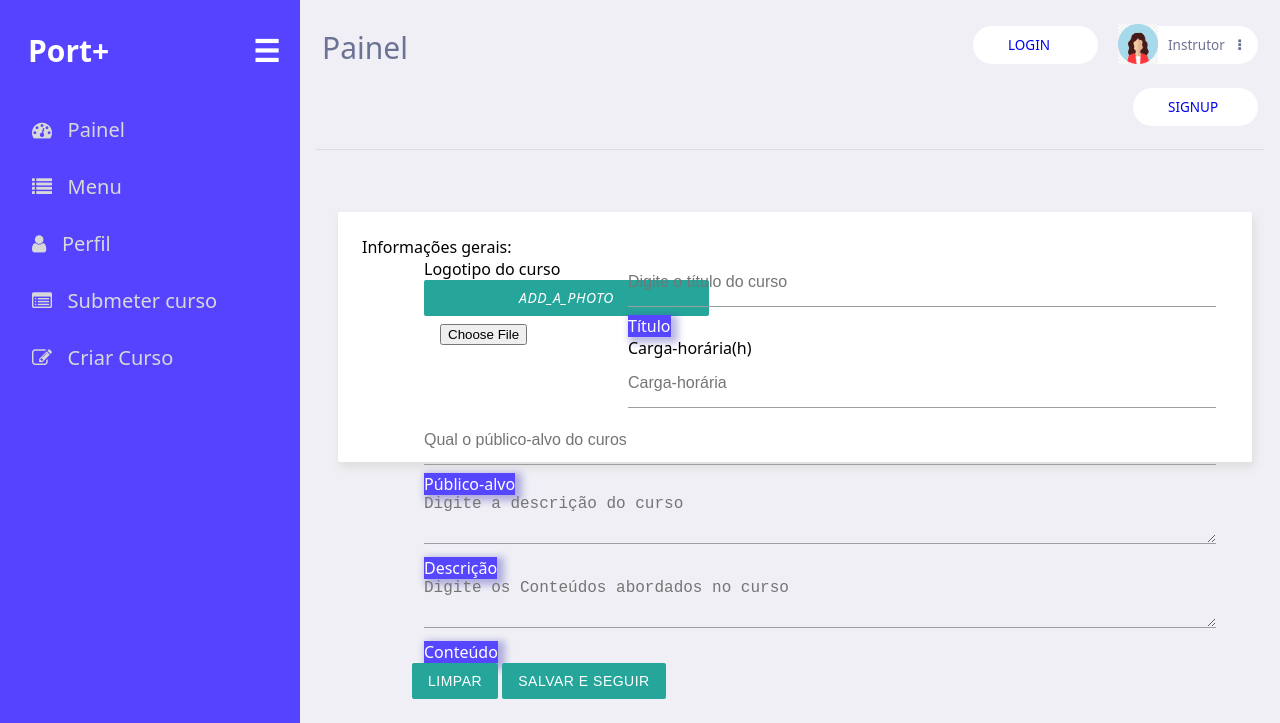
Repository: LauraMViana/Port-plus
Page: http://localhost/portPlus/criarCurso/criarCurso
These files come from the project's save history. The page is drawn as it stood at one moment and after the next save; the edit follows.
The browser window is 1280 px wide. The pictures show the whole page.
The page is this project's Thymeleaf template; nobody is signed in. The template is opened directly, without the code that normally fills it, so the values that code supplies are empty.

Above is the page before, as saved 2021-12-25 15:14:50.

### port/src/main/resources/templates/portPlus/criarCurso/criarCurso.html
<!DOCTYPE html >
<html xmlns:th="http://www.thymeleaf.org">
<head>
<meta charset="UTF-8">
<link rel="stylesheet"
	href="https://cdnjs.cloudflare.com/ajax/libs/font-awesome/4.7.0/css/font-awesome.min.css">
<!-- Compiled and minified CSS -->

<!-- <link rel="stylesheet"
	href="https://cdnjs.cloudflare.com/ajax/libs/materialize/1.0.0/css/materialize.min.css">  -->
<link href="https://fonts.googleapis.com/icon?family=Material+Icons"
	rel="stylesheet">
<link rel="stylesheet" href="/Style.css">

<title>PortPlus</title>
</head>
<body>
	<div th:insert="~{menu :: menu}"></div>
	<div id="main">
		<div class="row">
			<div class="col s12 m13">
				<div class="card">
					<div class="card-content ">
						<span class="card-title">Informações gerais:</span>
						<div class="row">
							<form action="/portPlus/criarCurso" method="post"
								enctype="multipart/form-data" th:object="${curso}">
								<div class="col s3">
									<label>Logotipo do curso</label>
									<div class="file input-field">
										<div class="btn">
											<i class="large material-icons">add_a_photo</i> <input
												type="file" name="file">
											<p th:errors="*{nomeLogo}"></p>
										</div>
									</div>
								</div>
								<div class="input-field col s9">
									<input placeholder="Digite o título do curso" id="titulo"
										type="text" class="validate" th:field="*{titulo}"> <label
										for="titulo" class="active">Título</label>
									<p th:errors="*{titulo}"></p>
									<div>
										<label for="cg">Carga-horária(h)</label> <input
											placeholder="Carga-horária" id="cg" type="number"
											class="validate" th:field="*{cargahoraria}">
									</div>
									<p th:errors="*{cargahoraria}"></p>
								</div>
								<div class="input-field col s12">
									<input placeholder="Qual o público-alvo do curos" id="nome"
										type="text" class="validate" th:field="*{publicalvo}">
									<label for="nome" class="active">Público-alvo</label>
									<p th:errors="*{publicalvo}"></p>
								</div>

								<div class="input-field col s12">
									<textarea placeholder="Digite a descrição do curso"
										id="textarea1" class="materialize-textarea"
										th:field="*{descricao}"></textarea>
									<label for="textarea1" class="active">Descrição</label>
									<p th:errors="*{descricao}"></p>
								</div>

								<div class="input-field col s12">
									<textarea placeholder="Digite os Conteúdos abordados no curso"
										id="textarea1" class="materialize-textarea"
										th:field="*{conteudo}"></textarea>
									<label for="textarea1" class="active">Conteúdo</label>
									<p th:errors="*{conteudo}"></p>
								</div>

								<div class="right-align">
									<button class="btn waves-effect waves-light align-center"
										type="reset" name="action">Limpar</button>
									<button class="btn waves-effect waves-light align-center"
										type="submit" name="action">Salvar e seguir</button>
								</div>
							</form>
						</div>
					</div>
				</div>
			</div>
		</div>
	</div>
	<script
		src="https://ajax.googleapis.com/ajax/libs/jquery/3.5.1/jquery.min.js"></script>
	<script>
		$(".menu").click(function() {
			$("#mySidenav").css('width', '70px');
			$("#main").css('margin-left', '70px');
			$(".logo").css('display', 'none');
			$(".logo1").css('display', 'block');
			$(".logo span").css('visibility', 'visible');
			$(".logo span").css('margin-left', '-10px');
			$(".icon-a").css('visibility', 'hidden');
			$(".icon-a").css('height', '25px');
			$(".icons").css('visibility', 'visible');
			$(".icons").css('margin-left', '-8px');
			$(".menu1").css('display', 'block');
			$(".menu").css('display', 'none');
		});

		$(".menu1").click(function() {
			$("#mySidenav").css('width', '300px');
			$("#main").css('margin-left', '300px');
			$(".logo").css('visibility', 'visible');
			$(".logo").css('display', 'block');
			$(".icon-a").css('visibility', 'visible');
			$(".icons").css('visibility', 'visible');
			$(".menu").css('display', 'block');
			$(".menu1").css('display', 'none');
		});
	</script>
	<script>
		$(document).ready(function() {
			$(".profile p").click(function() {
				$(".profile-div").toggle();
			});
		});
	</script>
</body>
</html>

### port/src/main/resources/templates/menu.html
<!DOCTYPE html >
<html xmlns:th="http://www.thymeleaf.org">
<head>
<meta charset="UTF-8">
<link rel="stylesheet" href="/Style.css" type="text/css" />
<link rel="stylesheet"
	href="https://cdnjs.cloudflare.com/ajax/libs/font-awesome/4.7.0/css/font-awesome.min.css">
<title>Port+</title>
</head>
<body>
	<div th:fragment="menu">
		<div id="mySidenav" class="sidenav">
			<p class="logo">
				Port+ <span class="menu">&#9776;</span>
			</p>
			<p class="logo1">
				<span class="menu1">&#9776;</span>
			</p>
			<a href="/" class="icon-a"> <i class="fa fa-dashboard icons"></i>
				&nbsp;&nbsp;Painel
			</a> <a href="/" class="icon-a"><i class="fa fa-list icons"></i>
				&nbsp;&nbsp;Menu</a> <a href="#" class="icon-a"><i
				class="fa fa-user icons"></i> &nbsp;&nbsp;Perfil</a> <a
				href="/portPlus/meusCursos" class="icon-a"><i
				class="fa fa-list-alt icons"></i> &nbsp;&nbsp;Submeter curso</a> <a
				href="/portPlus/criarCurso" class="icon-a"><i
				class="fa fa-edit icons"></i> &nbsp;&nbsp;Criar Curso</a>
		</div>

		<div id="main">
			<div class="head">
				<div class="col-div-6">
					<p class="nav">Painel</p>
				</div>
				<div class="col-div-6">
					<div class="profile">
						<img src="/Imagens/usuario.png" class="pro-img" />
						<p>
							Instrutor <i class="fa fa-ellipsis-v dots" aria-hidden="true"></i>
						</p>
						<div class="profile-div">
							<p>
								<a href="#" class="icon-a"><i class="fa fa-user"></i>
									&nbsp;&nbsp;Perfil
							</p>
							</a>
							<!-- <p>
								<i class="fa fa-cogs"></i> &nbsp;&nbsp;Configurações
							</p> -->
							<p>
								<i class="fa fa-power-off"></i> &nbsp;&nbsp;Sair
							</p>
						</div>
					</div>
					<div class="login">
						<p>
							<a href="/portPlus/login">LOGIN</a>
						</p>
						<p>
							<a href="/portPlus/signup">SIGNUP</a>
						</p>
					</div>
				</div>
				<div class="clearfix"></div>
			</div>
			<div class="clearfix"></div>
			<br />
		</div>
	</div>
	<script
		src="https://ajax.googleapis.com/ajax/libs/jquery/3.5.1/jquery.min.js"></script>
	<script>
		$(".menu").click(function() {
			$("#mySidenav").css('width', '70px');
			$("#main").css('margin-left', '70px');
			$(".logo").css('display', 'none');
			$(".logo1").css('display', 'block');
			$(".logo span").css('visibility', 'visible');
			$(".logo span").css('margin-left', '-10px');
			$(".icon-a").css('visibility', 'hidden');
			$(".icon-a").css('height', '25px');
			$(".icons").css('visibility', 'visible');
			$(".icons").css('margin-left', '-8px');
			$(".menu1").css('display', 'block');
			$(".menu").css('display', 'none');
		});

		$(".menu1").click(function() {
			$("#mySidenav").css('width', '300px');
			$("#main").css('margin-left', '300px');
			$(".logo").css('visibility', 'visible');
			$(".logo").css('display', 'block');
			$(".icon-a").css('visibility', 'visible');
			$(".icons").css('visibility', 'visible');
			$(".menu").css('display', 'block');
			$(".menu1").css('display', 'none');
		});
	</script>
	<script>
		$(document).ready(function() {
			$(".profile p").click(function() {
				$(".profile-div").toggle();

			});

			/* $(".noti-icon").click(function() {
					$(".notification-div").toggle();
				}); */

		});
	</script>
</body>
</html>

### port/src/main/resources/static/Style.css
/* Laura */
body {
	margin: 0px;
	padding: 0px;
	background-color: #efeff5;
	font-family: system-ui;
}

.clearfix {
	clear: both;
}

.logo {
	margin: 0px;
	margin-left: 28px;
	font-weight: bold;
	color: white;
	margin-bottom: 30px;
}

.sidenav {
	height: 100%;
	width: 300px;
	position: fixed;
	z-index: 1;
	top: 0;
	left: 0;
	background-color: #5643ff;
	overflow: hidden;
	padding-top: 30px;
	transition: ease-in-out 0.3s;
}

.menu {
	float: right;
	margin-right: 20px;
	cursor: pointer;
}

.logo1 {
	margin: 0px;
	margin-left: 20px;
	font-weight: bold;
	color: white;
	margin-bottom: 50px;
	display: none;
	cursor: pointer;
}

.menu1 {
	float: left;
	display: none;
}

.sidenav a {
	padding: 15px 8px 15px 32px;
	text-decoration: none;
	font-size: 20px;
	color: #d8d8d8;
	display: block;
}

.sidenav a:hover {
	color: #f1f1f1;
	background-color: #2c1ed6;
}

.sidenav {
	top: 0;
	right: 25px;
	font-size: 30px;
}

#main {
	padding: 16px;
	margin-left: 300px;
}

.head {
	padding: 0px 6px;
	border-bottom: 1px solid #d6d6d8b8;
	padding-bottom: 10px;
}

.col-div-6 {
	width: 50%;
	float: left;
}

.login p {
	color: #6c7293;
	font-weight: 500;
	margin-left: 35px;
	margin-top: 10px;
	font-size: 13.5px;
	background-color: white;
	padding: 10px;
	border-radius: 25px;
	padding-left: 35px;
	width: 80px;
	float: right;
	cursor: pointer;
}

.profile {
	display: inline-block;
	float: right;
	width: 160px;
}

.pro-img {
	float: left;
	width: 40px;
	margin-top: 8px;
	margin-left: 20px;
}

.profile p {
	color: #6c7293;
	font-weight: 500;
	margin-left: 35px;
	margin-top: 10px;
	font-size: 13.5px;
	background-color: white;
	padding: 10px;
	border-radius: 25px;
	padding-left: 35px;
	cursor: pointer;
}

.dots {
	margin-left: 10px;
}

.profile-div {
	background-color: white;
	width: 160px;
	border: 1px solid #ddd;
	padding: 10px 0px;
	right: 2%;
	border-radius: 5px;
	position: absolute;
	z-index: 9;
	display: none;
}

.profile-div:after {
	content: '';
	position: absolute;
	height: 10px;
	width: 10px;
	background-color: white;
	top: -6px;
	border-left: 1px solid #ddd;
	border-top: 1px solid #ddd;
	transform: rotate(45deg);
	right: 10%;
}

.profile-div p {
	margin: 0px;
	padding: 10px 20px;
}

.profile-div p:hover {
	margin: 0px;
	padding: 10px 20px;
	background-color: #5643ff;
	border-radius: 0px;
	color: white;
}

.notification-div {
	background-color: white;
	width: 240px;
	border: 1px solid #ddd;
	padding: 10px 0px;
	right: 16%;
	border-radius: 5px;
	top: 12%;
	position: absolute;
	z-index: 9;
	display: none;
}

.notification-div:after {
	content: '';
	position: absolute;
	height: 10px;
	width: 10px;
	background-color: white;
	top: -6px;
	border-left: 1px solid #ddd;
	border-top: 1px solid #ddd;
	transform: rotate(45deg);
	right: 10%;
}

.noti-head {
	display: block;
	margin: 0px;
	color: #6c7293;
}

.noti-head:hover {
	background-color: white !important;
	color: #6c7293 !important;
}

.noti-head span {
	position: absolute;
	right: 8%;
	top: 10%;
	background-color: #5643ff;
	padding: 1px 5px;
	color: white;
	border-radius: 20px;
}

.hr {
	margin: 0px;
	border: none;
	background-color: #ddd;
	height: 1px;
}

.notification-div p {
	margin: 0px;
	padding: 10px 20px;
	color: #6c7293;
}

.notification-div p span {
	font-size: 11px;
	display: block;
}

.notification-div p:hover {
	margin: 0px;
	padding: 10px 20px;
	background-color: #5643ff;
	border-radius: 0px;
	color: white;
}

.search-icon {
	position: absolute;
	right: 22%;
	top: 25px;
	background-color: white;
	padding: 13px;
	border-radius: 21px;
	color: #6c7293;
	cursor: pointer;
}

.noti-icon {
	position: absolute;
	right: 17%;
	top: 25px;
	background-color: #5643ff;
	padding: 13px;
	border-radius: 21px;
	color: #fff;
	cursor: pointer;
}

.noti-icon:after {
	content: '';
	height: 5px;
	width: 5px;
	border-radius: 5px;
	top: 5px;
	left: 20px;
	position: absolute;
	background-color: red;
}

.col-div-4-1 {
	width: 33.3%;
	float: left;
}

.box {
	width: 88%;
	height: 480px;
	background-color: #ffffff;
	margin-left: 10px;
	padding: 10px;
	box-shadow: 2px 5px 10px #ddd;
	position: relative;
}

.box p {
	color: #6c7293;
	font-weight: 500;
	padding-left: 10px;
}

.number {
	font-size: 35px;
	margin-bottom: 0px;
	margin-top: 20px;
}

.percent {
	margin: 0px;
	font-size: 14px;
	color: #37bf37 !important;
}

.percent span {
	font-size: 12px;
	color: #9398b1;
	padding-left: 3px;
}

.head-1 {
	font-size: 18px !important;
	margin: 10px 0px;
	color: #6c7293;
}

.head-1 span {
	float: right;
	background-color: #5643ff;
	color: white;
	padding: 3px 10px;
	font-size: 15px;
}

.box-icon {
	font-size: 20px !important;
	margin-top: 35px !important;
	color: #5643ff;
	padding-right: 10px;
	background-color: #efeff5;
	padding: 15px;
	border-radius: 25px;
	position: absolute;
	right: 16px;
	top: -18px;
}

.box-1 {
	width: 88%;
	height: 282px;
	background-color: #ffffff;
	margin-left: 10px;
	padding: 10px;
	box-shadow: 2px 5px 10px #ddd;
	position: relative;
}

.m-box {
	color: #6c7293;
	position: relative;
	padding: 0px 12px;
}

.active {
	background-color: #5646ff;
	color: white;
	box-shadow: 4px 3px 7px 3px #3226ad54;
}

.active .no-1 {
	color: #ddd !important;
}

.m-box p {
	display: inline-block;
	margin: 10px 0px;
}

.no {
	position: absolute !important;
	top: 21px;
	right: 15px;
	font-weight: 500;
}

.no-1 {
	font-size: 12px;
	color: #9398b1;
}

.act-p {
	font-size: 13px;
	color: #6c7293;
}

.act-p .fa {
	color: orange !important;
}

.content-box-1 {
	padding: 0px 10px;
}

.col-div-12 {
	width: 100%;
}

.col-div-4 {
	width: 30%;
	float: left;
}

.content-box {
	padding: 20px;
}

.content-box p {
	margin: 0px;
	font-size: 20px;
	color: #6c7293;
}

.content-box p span {
	float: right;
	background-color: #5643ff;
	color: white;
	padding: 3px 10px;
	font-size: 15px;
}

.box-8 {
	width: 97.8%;
	background-color: #fff;
	height: 330px;
}

.nav {
	font-size: 30px;
	cursor: pointer;
	color: #6c7293;
	margin: 11px 0px;
}

.box-8 {
	margin-left: 10px;
}

td, th {
	border: 1px solid #dddddd;
	text-align: left;
	padding: 10px;
}

tr:nth-child(even) {
	background-color: #5643ff29;
	color: #6c7293 !important;
}

.circle-wrap {
	margin: 50px auto;
	width: 150px;
	height: 150px;
	background: #e6e2e7;
	border-radius: 50%;
}

.circle-wrap .circle .mask, .circle-wrap .circle .fill {
	width: 150px;
	height: 150px;
	position: absolute;
	border-radius: 50%;
}

.circle-wrap .circle .mask {
	clip: rect(0px, 150px, 150px, 75px);
}

.circle-wrap .circle .mask .fill {
	clip: rect(0px, 75px, 150px, 0px);
	background-color: #5646ff;
}

.circle-wrap .circle .mask.full, .circle-wrap .circle .fill {
	animation: fill ease-in-out 3s;
	transform: rotate(126deg);
}

@
keyframes fill { 0% {
	transform: rotate(0deg);
}

100










%
{
transform










:










rotate








(










126deg










)








;
}
}
.circle-wrap .inside-circle {
	width: 130px;
	height: 130px;
	border-radius: 50%;
	background: #fff;
	line-height: 130px;
	text-align: center;
	margin-top: 10px;
	margin-left: 10px;
	position: absolute;
	z-index: 100;
	font-weight: 700;
	font-size: 2em;
	color: #6c7293;
}

/* Thais */
h1 {
	font-weight: 400;
	font-family: Century Gothic, Arial, Helvetica, sans-serif;
	color: #6c7293;
	font-size: calc(1.044375rem + 1.7325vw);
}

h4, h6 {
	font-weight: 100;
	font-family: Century Gothic, Arial, Helvetica, sans-serif;
	color: #6c7293;
	font-size: 30px;
	margin: 0px;
}

a {
	text-decoration: none;
}

#btn {
	text-align: right;
}

/*Apresente material  */
.mod-title {
	font-size: 30px;
	color: #d8d8d8;
}

/* Index  */
.box-mod {
	width: 88%;
	height: 30px;
	background-color: #dfdfdf;
	margin-left: 10px;
	padding: 10px;
	position: relative;
	margin-left: 10px;
	padding: 10px;
	border-top: 1px solid #d7dfe3;
	margin-left: 10px;
	margin-bottom: 15px;
}

.box-mod p {
	color: #6c7293;
	font-weight: 500;
	margin: 0px;
	padding: 10px;
	width: 105px;
	margin-left: 90px;
}
/* blocos de curso ou modulos  */
.col-div-4-2 {
	width: 25%;
	float: left;
}

.card.small .card-image+.card-content, .card.medium .card-image+.card-content,
	.card.large .card-image+.card-content {
	max-height: 40%;
}

.card.small .card-content, .card.medium .card-content, .card.large .card-content
	{
	max-height: 100%;
	overflow: hidden;
}

.card .card-content {
	padding: 24px;
	border-radius: 0 0 2px 2px;
}

.card .card-image img {
	display: block;
	border-radius: 2px 2px 0 0;
	position: relative;
	left: 0;
	right: 0;
	top: 0;
	bottom: 0;
	width: 100%;
}

img {
	border-style: none;
}

.card.small .card-image, .card.medium .card-image, .card.large .card-image
	{
	max-height: 60%;
	overflow: hidden;
}

.card .card-image {
	position: relative;
}

.card.small {
	height: 300px;
}

.card.small, .card.medium, .card.large {
	position: relative;
}

.card {
	margin-left: 10px;
	box-shadow: 2px 5px 10px #ddd;
	position: relative;
	height: 250px;
	background-color: #fff;
	-webkit-transition: -webkit-box-shadow .25s;
	transition: -webkit-box-shadow .25s;
	transition: box-shadow .25s;
	transition: box-shadow .25s, -webkit-box-shadow .25s;
	border-radius: 2px;
}

.card {
	position: relative;
	margin: 0.5rem 0 1rem 0;
	background-color: #fff;
	-webkit-transition: -webkit-box-shadow .25s;
	transition: -webkit-box-shadow .25s;
	transition: box-shadow .25s;
	transition: box-shadow .25s, -webkit-box-shadow .25s;
	border-radius: 2px;
}

.image {
	display: block;
	position: relative;
	left: 0;
	right: 0;
	top: 0;
	bottom: 0;
	width: 100%;
	max-height: 70%;
	overflow: hidden;
	max-height: 70%;
	right: 0;
	top: 0;
	bottom: 0;
}

.card {
	margin-left: 10px;
	box-shadow: 2px 5px 10px #ddd;
	position: relative;
	height: 250px;
	background-color: #fff;
	-webkit-transition: -webkit-box-shadow .25s;
	transition: -webkit-box-shadow .25s;
	transition: box-shadow .25s;
	transition: box-shadow .25s, -webkit-box-shadow .25s;
	border-radius: 2px;
}

.card-title-mod {
	display: block;
	line-height: 32px;
	margin-bottom: 8px;
	font-size: 24px;
	font-weight: 300;
}
/* descriçao do curso  */
.mod-d {
	font-size: 18px !important;
	margin: 10px 0px;
	color: #6c7293;
	text-align: justify;
}

/* Pag apresentação Material */
aside {
	width: 260px;
	float: right;
	margin-right: 20px;
	border: 1px solid black;
}

.conteudo {
	padding-left: 15px;
	width: 700px;
	float: left;
	height: 415px;
	text-align: justify;
}

.card.lista {
	background-color: #5643ff;
	width: 259.5px;
	height: 50px;
	text-align: center;
	padding: 5px 0px 5px 0px;
	margin: 0px;
}

.lista li {
	padding: 15px 8px 15px 32px;
	text-decoration: none;
	font-size: 20px;
	color: #d8d8d8;
	display: block;
	text-align: justify;
}

.lista li:hover {
	color: #f1f1f1;
	background-color: #5643ff;
}

.lista a:hover {
	color: #f1f1f1;
	background-color: #5643ff;
}

ul {
	padding: 0px;
	margin: 0px;
	list-style-type: none;
}

textarea.materialize-textarea.texto {
	height: 12rem;
}

input:not([type]), input[type="text"]:not(.browser-default), input[type="url"]:not(.browser-default),
	input[type="number"]:not(.browser-default), textarea.materialize-textarea
	{
	background-color: transparent;
	border-top-width: initial;
	border-right-width: initial;
	border-left-width: initial;
	border-top-color: initial;
	border-right-color: initial;
	border-left-color: initial;
	height: 3rem;
	width: 100%;
	font-size: 16px;
	box-shadow: none;
	box-sizing: content-box;
	border-style: none none solid;
	border-image: initial;
	border-bottom: 1px solid rgb(158, 158, 158);
	border-radius: 0px;
	outline: none;
	margin: 0px 0px 8px;
	padding: 0px;
	transition: box-shadow 0.3s ease 0s, border 0.3s ease 0s,
		-webkit-box-shadow 0.3s ease 0s;
}

form {
	padding-left: 50px;
}

.dados-do-curso, .listarCriarMod {
	padding-left: 50px;
}

.s2 {
	width: 20%;
	display: inline;
}

.col.s3 {
	width: 25%;
	margin-left: auto;
	left: auto;
	right: auto;
}

.col.s4 {
	width: 33.3333333333%;
	margin-left: auto;
	left: auto;
	right: auto;
}

.col.s5 {
	width: 41.6666666667%;
	margin-left: auto;
	left: auto;
	right: auto;
}

.col.s6 {
	width: 50%;
	margin-left: auto;
	left: auto;
	right: auto;
}

.col.s9 {
	width: 75%;
	margin-left: auto;
	left: auto;
	right: auto;
}

.col.s12 {
	width: 100%;
	margin-left: auto;
	left: auto;
	right: auto;
}

.col.s12.cont {
	padding-bottom: 20px;
}

.col {
	float: left;
	-webkit-box-sizing: border-box;
	box-sizing: border-box;
	padding: 0 0.75rem;
	min-height: 1px;
}

.s10 {
	width: 80%;
	margin-left: auto;
	left: auto;
	right: auto;
}

.btn {
	text-decoration: none;
	color: #fff;
	background-color: #26a69a;
	text-align: center;
	letter-spacing: .5px;
	-webkit-transition: background-color .2s ease-out;
	transition: background-color .2s ease-out;
	cursor: pointer;
	border: none;
	border-radius: 2px;
	display: inline-block;
	height: 36px;
	line-height: 36px;
	padding: 0 16px;
	text-transform: uppercase;
	font-size: 14px;
	outline: 0;
	font-size: 14px;
}

.waves-effect {
	position: relative;
	cursor: pointer;
	display: inline-block;
	overflow: hidden;
	-webkit-user-select: none;
	-moz-user-select: none;
	-ms-user-select: none;
	user-select: none;
	-webkit-tap-highlight-color: transparent;
	vertical-align: middle;
	z-index: 1;
	-webkit-transition: .3s ease-out;
	transition: .3s ease-out;
}

.modal.modal-fixed-footer {
	padding: 0;
	height: 70%;
}

.modal {
	display: none;
	position: fixed;
	left: 0;
	right: 0;
	background-color: #fafafa;
	padding: 0;
	max-height: 70%;
	width: 55%;
	margin: auto;
	overflow-y: auto;
	border-radius: 2px;
	will-change: top, opacity;
}

.modal.modal-fixed-footer {
	padding: 0;
	height: 70%;
}

.modal {
	display: none;
	position: fixed;
	left: 0;
	right: 0;
	background-color: #fafafa;
	padding: 0;
	max-height: 70%;
	width: 55%;
	margin: auto;
	overflow-y: auto;
	border-radius: 2px;
	will-change: top, opacity;
}

.z-depth-5, .modal {
	-webkit-box-shadow: 0 24px 38px 3px rgb(0 0 0/ 14%), 0 9px 46px 8px
		rgb(0 0 0/ 12%), 0 11px 15px -7px rgb(0 0 0/ 20%);
	box-shadow: 0 24px 38px 3px rgb(0 0 0/ 14%), 0 9px 46px 8px
		rgb(0 0 0/ 12%), 0 11px 15px -7px rgb(0 0 0/ 20%);
}

.collapsible {
	border-top: 1px solid #ddd;
	border-right: 1px solid #ddd;
	border-left: 1px solid #ddd;
	margin: 0.5rem 0 1rem 0;
}

.collapsible-header {
	display: -webkit-box;
	display: -webkit-flex;
	display: -ms-flexbox;
	display: flex;
	-webkit-tap-highlight-color: transparent;
	line-height: 1.5;
	padding: 1rem;
	background-color: #fff;
	border-bottom: 1px solid #ddd;
	display: -webkit-box;
	display: -webkit-flex;
	display: -ms-flexbox;
	display: flex;
	cursor: pointer;
	-webkit-tap-highlight-color: transparent;
	line-height: 1.5;
	padding: 1rem;
	background-color: #fff;
	border-bottom: 1px solid #ddd;
}

.optCont {
	display: inline-block;
	float: right;
	width: 160px;
}

.optCont a {
	cursor: pointer;
}

.opt {
	background-color: white;
	width: 100px;
	border: 1px solid #ddd;
	padding: 10px 0px;
	right: 10%;
	border-radius: 5px;
	position: absolute;
	z-index: 9;
	display: none;
}

.opt p {
	margin: 0px;
	padding: 10px 20px;
}

.opt p:hover {
	margin: 0px;
	padding: 10px 20px;
	background-color: #5643ff;
	border-radius: 0px;
	color: white;
}

.modal.modal-fixed-footer {
	height: 40%;
	width: 40%;
}

.modal .modal-content {
	padding: 65px 24px 24px 75px;
}

After the next save:
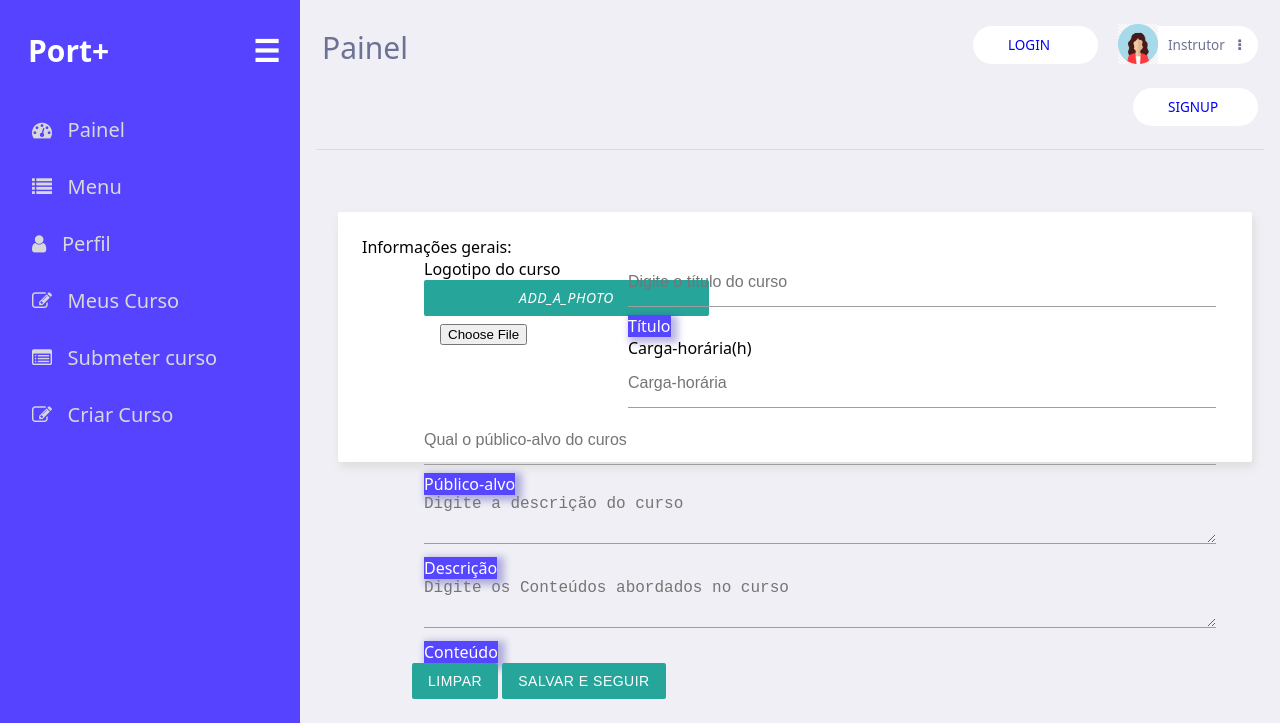
Saved 47 h 39 min later.
--- a/port/src/main/resources/templates/menu.html
+++ b/port/src/main/resources/templates/menu.html
@@ -21,6 +21,8 @@
 			</a> <a href="/" class="icon-a"><i class="fa fa-list icons"></i>
 				&nbsp;&nbsp;Menu</a> <a href="#" class="icon-a"><i
 				class="fa fa-user icons"></i> &nbsp;&nbsp;Perfil</a> <a
+				href="/portPlus/criarCurso" class="icon-a"><i
+				class="fa fa-edit icons"></i> &nbsp;&nbsp;Meus Curso</a> <a
 				href="/portPlus/meusCursos" class="icon-a"><i
 				class="fa fa-list-alt icons"></i> &nbsp;&nbsp;Submeter curso</a> <a
 				href="/portPlus/criarCurso" class="icon-a"><i
